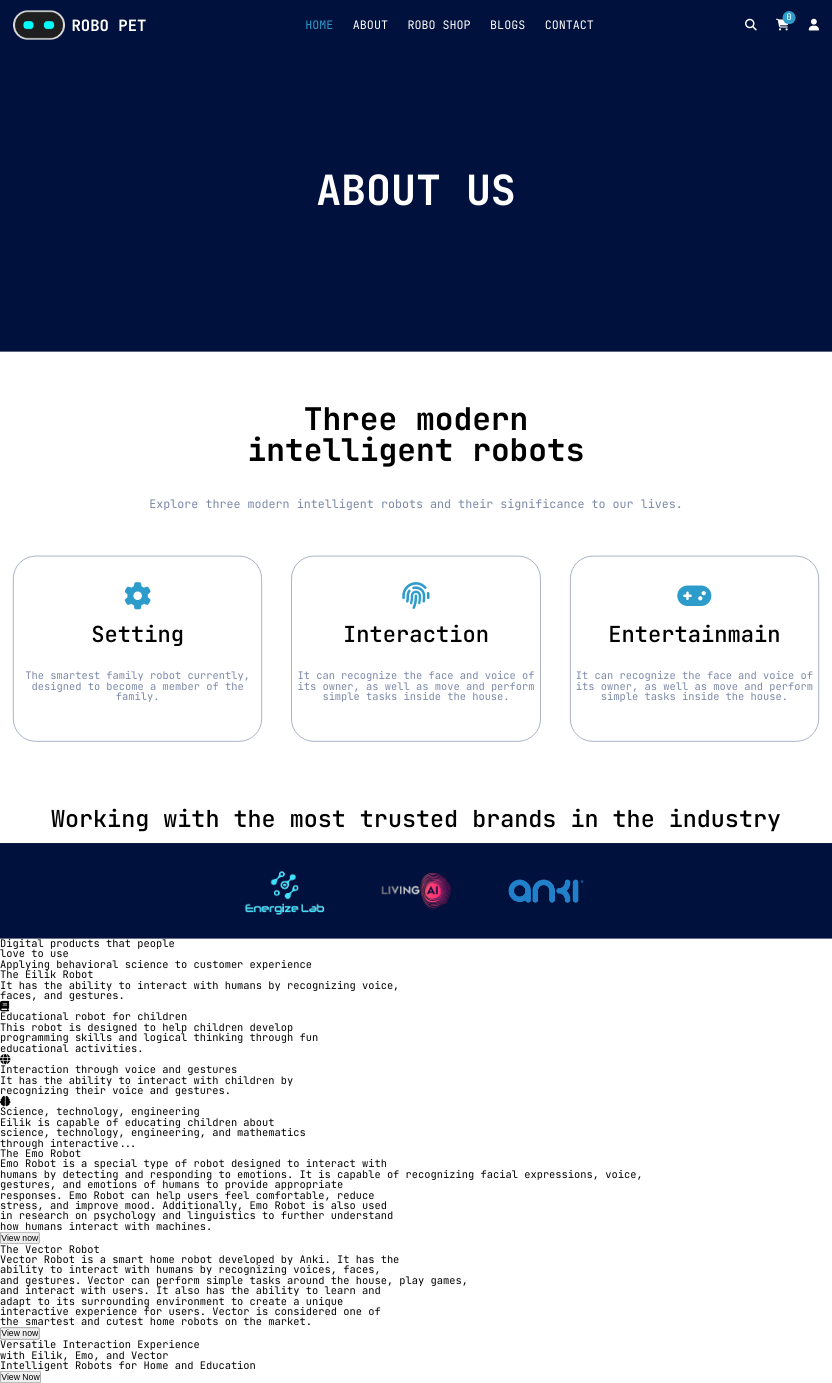
Repository: trietle101/du-an-1
Page: about.html
These files come from the project's save history. The page is drawn as it stood at one moment and after the next save; the edit follows.
The browser window is 1280 px wide. The pictures show the whole page, at 65% of full size.
Some web libraries are served in a nearby version.

Above is the page before, as saved 2023-03-12 22:57:41.

### about.html
<!DOCTYPE html>
<html lang="en">
  <head>
    <meta charset="UTF-8" />
    <meta http-equiv="X-UA-Compatible" content="IE=edge" />
    <meta name="viewport" content="width=device-width, initial-scale=1.0" />
    <title>About</title>
    <link rel="stylesheet" href="assets/css/reset.css" />
    <link rel="preconnect" href="https://fonts.googleapis.com" />
    <link rel="preconnect" href="https://fonts.gstatic.com" crossorigin />
    <link rel="stylesheet" href="assets/css/about.css" />
    <link
      href="https://fonts.googleapis.com/css2?family=JetBrains+Mono:wght@300;400;500;700&display=swap"
      rel="stylesheet"
    />
    <script
      src="https://kit.fontawesome.com/08ee78edd1.js"
      crossorigin="anonymous"
    ></script>
  </head>
  <body>
    <header class="header">
      <div class="container">
        <nav class="header-nav">
          <a href="#" class="header-logo">
            <img src="assets/img/logo.png" />
            <span>ROBO PET</span>
          </a>

          <ul class="nav__list">
            <li class="nav__item">
              <a href="#" class="nav__link active">Home</a>
            </li>
            <li class="nav__item">
              <a href="#" class="nav__link">About</a>
            </li>
            <li class="nav__item">
              <a href="#" class="nav__link">Robo shop</a>
            </li>
            <li class="nav__item">
              <a href="#" class="nav__link">Blogs</a>
            </li>
            <li class="nav__item">
              <a href="#" class="nav__link">Contact</a>
            </li>
          </ul>

          <ul class="nav__list">
            <li class="nav__item">
              <a href="" class="nav__link"
                ><i class="fa-solid fa-magnifying-glass"></i
              ></a>
            </li>
            <li class="nav__item">
              <a href="" class="nav__link absolute">
                <i class="fa-solid fa-cart-shopping"></i>
                <span>0</span>
              </a>
            </li>
            <li class="nav__item">
              <a href="" class="nav__link"><i class="fa-solid fa-user"></i></a>
            </li>
          </ul>
        </nav>
      </div>
      <div class="header-banner">
        <div class="container">
          <h1 class="banner-title">ABOUT US</h1>
        </div>
      </div>
    </header>
    <section class="modern">
      <div class="container">
        <h2 class="modern-title">
          Three modern <br />
          intelligent robots
        </h2>
        <p class="modern-desc">
          Explore three modern intelligent robots and their significance to our
          lives.
        </p>
        <div class="modern-box">
          <div class="modern-item">
            <div class="modern-center">
              <i class="fa-solid fa-gear"></i>
              <h3 class="modern-box-title">Setting</h3>
              <p class="modern-box-desc">
                The smartest family robot currently, designed to become a member
                of the family.
              </p>
            </div>
          </div>
          <div class="modern-item">
            <div class="modern-center">
              <i class="fa-solid fa-fingerprint"></i>
              <h3 class="modern-box-title">Interaction</h3>
              <p class="modern-box-desc">
                It can recognize the face and voice of its owner, as well as
                move and perform simple tasks inside the house.
              </p>
            </div>
          </div>
          <div class="modern-item">
            <div class="modern-center">
              <i class="fa-solid fa-gamepad"></i>
              <h3 class="modern-box-title">Entertainmain</h3>
              <p class="modern-box-desc">
                It can recognize the face and voice of its owner, as well as
                move and perform simple tasks inside the house.
              </p>
            </div>
          </div>
        </div>
      </div>
    </section>
    <section class="brand">
      <div class="container">
        <h4 class="brand-tilte">
          Working with the most trusted brands in the industry
        </h4>
      </div>
      <div class="brand-bg">
        <div class="container">
          <div class="brand-logo">
            <img src="assets/img/brand/enegize.png" alt="" />
            <img src="assets/img/brand/living3.png" alt="" />
            <img src="assets/img/brand/Anki.png" alt="" />
          </div>
        </div>
      </div>
    </section>

    <!--phần banner-->

    <div class="banner2"></div>
    <div class="namebanner2">
      <h4>
        Digital products that people <br />
        love to use
      </h4>
      <p>Applying behavioral science to customer experience</p>
      <div class="box-text">
        <h5>The Eilik Robot</h5>
        <p>
          It has the ability to interact with humans by recognizing voice,<br />
          faces, and gestures.
        </p>
        <div class="box-content">
          <i class="fa-solid fa-book"></i>
          <h6>Educational robot for children</h6>
          <p>
            This robot is designed to help children develop <br />
            programming skills and logical thinking through fun <br />
            educational activities.
          </p>
        </div>

        <div class="box-content">
          <i class="fa-solid fa-globe"></i>
          <h6>Interaction through voice and gestures</h6>
          <p>
            It has the ability to interact with children by <br />
            recognizing their voice and gestures.
          </p>
        </div>

        <div class="box-content">
          <i class="fa-solid fa-brain"></i>
          <h6>Science, technology, engineering</h6>
          <p>
            Eilik is capable of educating children about <br />
            science, technology, engineering, and mathematics <br />
            through interactive...
          </p>
        </div>
      </div>
      <div class="box-content2">
        <h6>The Emo Robot</h6>
        <p>
          Emo Robot is a special type of robot designed to interact with <br />
          humans by detecting and responding to emotions. It is capable of
          recognizing facial expressions, voice,<br />
          gestures, and emotions of humans to provide appropriate <br />
          responses. Emo Robot can help users feel comfortable, reduce <br />
          stress, and improve mood. Additionally, Emo Robot is also used <br />
          in research on psychology and linguistics to further understand <br />
          how humans interact with machines.
        </p>
      </div>

      <button>View now</button>

      <div class="box-content3">
        <h6>The Vector Robot</h6>
        <p>
          Vector Robot is a smart home robot developed by Anki. It has the
          <br />
          ability to interact with humans by recognizing voices, faces, <br />
          and gestures. Vector can perform simple tasks around the house, play
          games, <br />
          and interact with users. It also has the ability to learn and <br />
          adapt to its surrounding environment to create a unique <br />
          interactive experience for users. Vector is considered one of <br />
          the smartest and cutest home robots on the market.
        </p>
        <button>View now</button>
      </div>
    </div>
    <div class="endbanner">
      <h2>
        Versatile Interaction Experience <br />
        with Eilik, Emo, and Vector
      </h2>
      <p>Intelligent Robots for Home and Education</p>
      <button>View Now</button>
    </div>
  </body>
  <script src="assets/script/script.js"></script>
</html>

### assets/css/reset.css
/* http://meyerweb.com/eric/tools/css/reset/
   v2.0 | 20110126
   License: none (public domain)
*/
html,
body,
div,
span,
applet,
object,
iframe,
h1,
h2,
h3,
h4,
h5,
h6,
p,
blockquote,
pre,
a,
abbr,
acronym,
address,
big,
cite,
code,
del,
dfn,
em,
img,
ins,
kbd,
q,
s,
samp,
small,
strike,
strong,
sub,
sup,
tt,
var,
b,
u,
i,
center,
dl,
dt,
dd,
ol,
ul,
li,
fieldset,
form,
label,
legend,
table,
caption,
tbody,
tfoot,
thead,
tr,
th,
td,
article,
aside,
canvas,
details,
embed,
figure,
figcaption,
footer,
header,
hgroup,
menu,
nav,
output,
ruby,
section,
summary,
time,
mark,
audio,
video {
  margin: 0;
  padding: 0;
  border: 0;
  font-size: 100%;
  font: inherit;
  vertical-align: baseline;
}

/* HTML5 display-role reset for older browsers */
article,
aside,
details,
figcaption,
figure,
footer,
header,
hgroup,
menu,
nav,
section {
  display: block;
}

body {
  line-height: 1;
}

ol,
ul {
  list-style: none;
}

blockquote,
q {
  quotes: none;
}

blockquote:before,
blockquote:after,
q:before,
q:after {
  content: "";
  content: none;
}

table {
  border-collapse: collapse;
  border-spacing: 0;
}

*,
*:after,
*:before {
  margin: 0;
  padding: 0;
  box-sizing: border-box;
}
ul,
li {
  list-style-type: none;
}
a {
  text-decoration: none;
}

### assets/css/about.css
:root {
  --primary-color: #00113d;
  --secondary-color: #2e9cca;
}

html {
  box-sizing: border-box;
}

img {
  display: block;
  max-width: 100%;
}

body {
  font-family: "JetBrains Mono", sans-serif;
  min-height: 100vh;
  margin: 0;
}
header {
  background: var(--primary-color);
  padding: 1em 0;
  width: 100%;
}
.container {
  max-width: 1240px;
  margin: 0 auto;
}

.header-nav {
  display: flex;
  justify-content: space-between;
  align-items: center;
  flex-wrap: nowrap;
}

.header-logo {
  display: flex;
  justify-content: center;
  align-items: center;
}

.header-logo span {
  text-decoration: none;
  color: #fff;
  font-size: 24px;
  font-weight: bold;
  margin-right: 0.5em;
  margin-left: 10px;
}

.nav__list {
  display: flex;
  justify-content: space-between;
  align-items: center;
  flex-wrap: nowrap;
}

.nav__item:not(:first-child) {
  margin-left: 30px;
}

.nav__link {
  color: #fff;
  text-decoration: none;
  text-transform: uppercase;
  transition: 0.3s ease-in-out;
  font-size: 18px;
}

.nav__link.active {
  color: var(--secondary-color);
}

.nav__link:hover {
  color: var(--secondary-color);
}

.nav__link:hover span {
  color: var(--secondary-color);
  background-color: #fff;
}

.nav__link.absolute {
  position: relative;
}

.nav__link span {
  position: absolute;
  display: inline-block;
  background-color: var(--secondary-color);
  width: 20px;
  height: 20px;
  font-size: 14px;
  text-align: center;
  padding-top: 2px;
  border-radius: 50%;
  top: -10px;
  left: 10px;
  transition: 0.3s ease-in-out;
}

.line-effect {
  width: 0;
  height: 2px;
  background-color: var(--secondary-color);
  position: fixed;
  pointer-events: none;
  transition: all 0.25s linear;
}
.header-banner {
  width: 100%;
  max-height: 500px;
  margin: 0 auto;
  background-color: #00113d;
  padding: 200px 0;
}
.banner-title {
  font-weight: 700;
  font-size: 64px;
  color: #fff;
  text-transform: uppercase;
  text-align: center;
}
.modern {
  padding-top: 80px;
}
.modern-title {
  font-weight: 700;
  font-size: 48px;
  text-align: center;
}
.modern-desc {
  font-weight: 400;
  font-size: 18px;
  color: #7b88a8;
  text-align: center;
  margin-top: 50px;
}
.modern-box {
  margin-top: 70px;
  display: flex;
  justify-content: space-between;
  align-items: center;
  flex-wrap: nowrap;
}
.modern-item {
  max-width: calc(33.33% - 30px);
  border: 1px solid #7b88a8;
  border-radius: 35px;
  transition: 0.3s ease-in-out;
}
.modern-item i {
  font-size: 42px;
  color: var(--secondary-color);
  margin-top: 40px;
}
.modern-center {
  text-align: center;
}
.modern-box-title {
  font-weight: 500;
  font-size: 34px;
  margin-top: 20px;
  margin-bottom: 40px;
}
.modern-box-desc {
  font-weight: 400;
  font-size: 16px;
  color: #7b88a8;
  margin-bottom: 60px;
}
.modern-item:hover {
  border: none;
  box-shadow: 0 14px 28px rgba(0, 17, 61, 0.22),
    0 10px 10px rgba(0, 17, 61, 0.22);
}
.brand {
  padding-top: 100px;
}

.brand-tilte {
  font-weight: 500;
  font-size: 36px;
  margin-bottom: 20px;
  text-align: center;
}
.brand-bg {
  background-color: var(--primary-color);
  width: 100%;
}
.brand-logo {
  display: flex;
  justify-content: center;
  align-items: center;
}
.brand-logo img {
  max-width: 150px;
}
.brand-logo img:not(:first-child) {
  margin-left: 50px;
}

### assets/script/script.js
window.addEventListener("load", function () {
  // --- Menu ---
  const links = [...document.querySelectorAll(".nav__link")];
  links.forEach((item) => item.addEventListener("mouseenter", handleHoverLink));
  const line = document.createElement("div");
  line.classList = "line-effect";
  document.body.appendChild(line);

  function handleHoverLink(event) {
    const { left, top, width, height } = event.target.getBoundingClientRect();
    const offsetBottom = 5;
    line.style.width = `${width}px`;
    line.style.left = `${left}px`;
    line.style.top = `${top + height + offsetBottom}px`;
  }
  const menu = document.querySelector(".nav__list");
  menu.addEventListener("mouseleave", function () {
    line.style.width = 0;
  });

  const nav = document.querySelectorAll(".nav__link");
  nav.forEach((item) => {
    item.addEventListener("click", () => {
      nav.forEach((item) => {
        item.classList.remove("active");
      });
      item.classList.add("active");
    });
  });
});

After the next save:
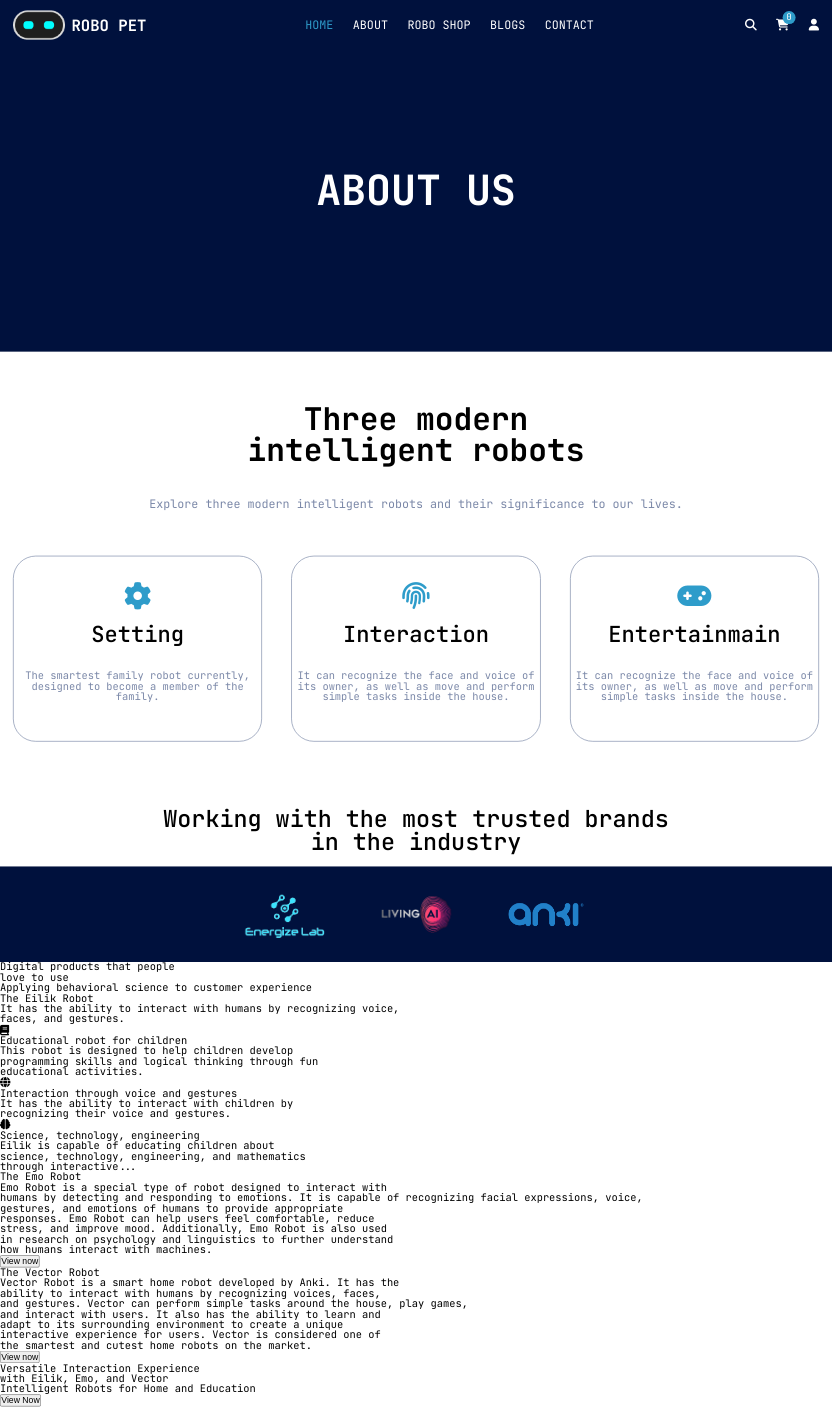
Saved 11 s later.
--- a/about.html
+++ b/about.html
@@ -116,7 +116,8 @@
     <section class="brand">
       <div class="container">
         <h4 class="brand-tilte">
-          Working with the most trusted brands in the industry
+          Working with the most trusted brands <br />
+          in the industry
         </h4>
       </div>
       <div class="brand-bg">
